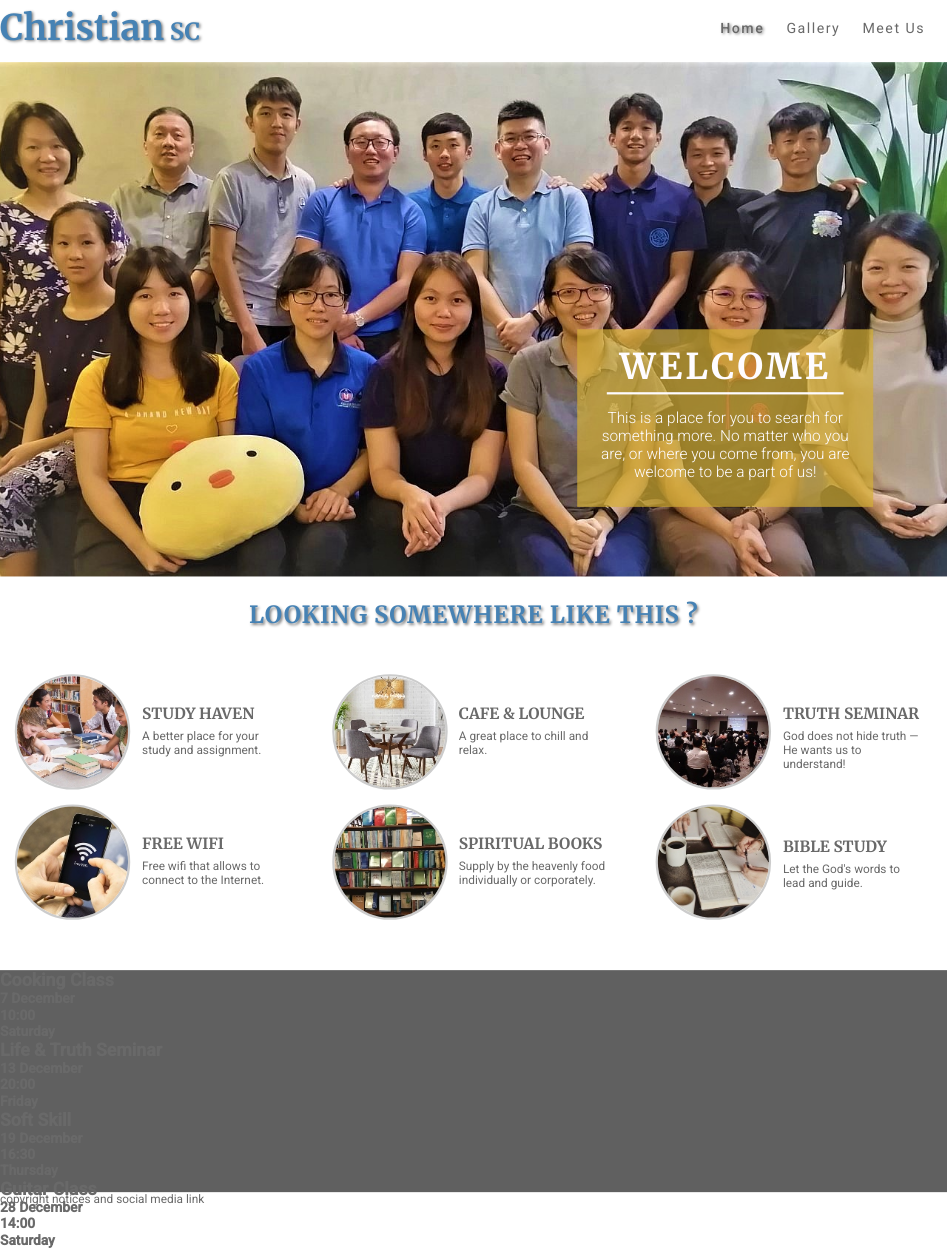
Repository: kongteckmee/christian-sc
Page: index.html
The author's editor kept a record of every edit. The page is drawn from the files as they stood at one moment, then again after the next edit.
The browser window is 1280 px wide. The pictures show the whole page, at 74% of full size.

Above is the page before.

### index.html
<!DOCTYPE html>
<html lang="en">
<head>
    <meta charset="UTF-8">
    <meta name="viewport" content="width=device-width, initial-scale=1.0">
    <meta http-equiv="X-UA-Compatible" content="ie=edge">
    <link rel="stylesheet" href="assets/css/style.css" type="text/css" />
    <title>Christian Student Center</title>
</head>
<body>
    <header>
        <a id="logo" href="index.html">
            <h2><span style="font-size: 150%">Christian</span> SC</h2>
        </a>
        <nav>
            <ul id="scmenu">
                <li>
                    <a href="#">Meet Us</a>
                </li>
                <li>
                    <a href="#">Gallery</a>
                </li>
                <li>
                    <a class="scactive" href="index.html">Home</a>
                </li>
            </ul>
        </nav>
    </header>
    <section id="scmeetingrange">
        <div id="scmeeting"></div>
        <div id="welcome-text">
            <h1>Welcome</h1>
            <hr>
            <h3>This is a place for you to search for something more. No matter who you are, or where you come from, you are welcome to be a part of us!</h2>
        </div>
    </section>
    <section id="about">
        <h1>Looking Somewhere Like This ?</h1>
        <div id="left">
            <div class="left-right-side">
                <h2>Study Haven</h2>
                <br>
                <p>A better place for your study and assignment.</p>
            </div>
            <div id="container">
                <div id="contain-study"></div>
            </div>
            <div class="left-right-side">
                <h2>Free Wifi</h2>
                <br>
                <p>Free wifi that allows to connect to the Internet.</p>
            </div>
            <div id="container">
                <div id="contain-wifi"></div>
            </div>
        </div>
        <div id="right">
            <div class="left-right-side">
                <h2>Truth Seminar</h2>
                <br>
                <p>God does not hide truth — He wants us to understand!</p>
            </div>
            <div id="container">
                <div id="contain-seminar"></div>
            </div>
            <div class="left-right-side">
                <h2>Bible Study</h2>
                <br>
                <p>Let the God's words to lead and guide.</p>
            </div>
            <div id="container">
                <div id="contain-bible"></div>
            </div>
        </div>
        <div id="center">
            <div class="middle">
                <h2>Cafe & Lounge</h2>
                <br>
                <p>A great place to chill and relax.</p>
            </div>
            <div id="container">
                <div id="contain-cafe"></div>
            </div>
            <div class="middle">
                <h2>Spiritual Books</h2>
                <br>
                <p>Supply by the heavenly food individually or corporately.</p>
            </div>
            <div id="container">
                <div id="contain-books"></div>
            </div>
        </div>
    </section>
    <section id="event">
        <div>
            <h2>Cooking Class</h2>
            <h3>7 December</h3>
            <h3>10:00</h3>
            <h3>Saturday</h3>
        </div>
        <div>
            <h2>Life & Truth Seminar</h2>
            <h3>13 December</h3>
            <h3>20:00</h3>
            <h3>Friday</h3>
        </div>
        <div>
            <h2>Soft Skill</h2>
            <h3>19 December</h3>
            <h3>16:30</h3>
            <h3>Thursday</h3>
        </div>
        <div>
            <h2>Guitar Class</h2>
            <h3>28 December</h3>
            <h3>14:00</h3>
            <h3>Saturday</h3>
        </div>
    </section>
    <footer>
        copyright notices and social media link
    </footer>
</body>
</html>

### assets/css/style.css
@import url('https://fonts.googleapis.com/css?family=Merriweather:500,600,700|Roboto:300,400,500');

* {
    margin: 0;
    padding: 0;
    border: 0;
}

body {
    font-family: 'Roboto', sans-serif;
    color: #696969; /*Grey color */
}

/* ------------------------------------------------------ Header */

#logo {
    float: left;
    text-decoration: none;
}

#logo h2 {
    font-family: 'Merriweather', serif;
    font-size: 200%;
    color: #4682b4; /* Steel Blue color */
    text-shadow: 2px 2px 4px #808080;
}

#scmenu {
    font-size: 120%;
    list-style-type: none;
    letter-spacing: 2px;
}

#logo, #scmenu {
    line-height: 75px;
}

#scmenu li {
    float: right;
    margin-right: 30px;
}

#scmenu a {
    text-decoration: none;
    color: inherit;
}

#scmenu a:hover {
    color: #4682b4; /* Steel Blue color */
    font-weight: 500;
    text-shadow: 2px 2px 4px #808080;
}

.scactive {
    font-weight: 500;
    text-shadow: 2px 2px 4px #808080;
}

/* ------------------------------------------------------ Section: Welcome */

#scmeeting {
    height: 700px;
    width: 100%;
    background: url("../img/meeting-t.jpg") no-repeat center center;
}

#scmeetingrange {
    height: 700px;
    width: 100%;
    overflow: hidden;
}

#welcome-text {
    width: 400px;
    height: 220px;
    color: #fefcff; /* Milky white */
    background-color: rgba(212,175,55,.7);
    padding-top:20px;
    bottom: 35px; /* Fixed the welcome text box-bottom */
    right: 100px; /* Fixed the welcome text box-right */
    position: absolute;
}

#welcome-text h1 {
    margin-bottom: 5px;
    font-size: 300%;
    font-family: 'Merriweather', serif;
    text-transform: uppercase;
    text-align: center;
    letter-spacing: 4px;
}

hr {
    width: 80%;
    height: 3px;
    margin-left: auto;
    margin-right: auto;
    background-color:#fefcff; /* Milky white */
}

#welcome-text h3 {
    margin: 20px;
    font-size: 130%;
    font-weight: 300;
    text-align: center;
}

/* ------------------------------------------------------ Section: About */

#about {
    height: 500px;
}

#about h1 {
    margin-top: 30px;
    margin-bottom: 30px;
    font-family: 'Merriweather', serif;
    color: #4682b4; /* Steel Blue color */
    text-transform: uppercase;
    text-align: center;
    text-shadow: 2px 2px 4px #808080;
    font-size: 200%;
    letter-spacing: 1px;
}

#about h2 {
    font-family: 'Merriweather', serif;
    font-size: 130%;
    text-transform: uppercase;
}

#left {
    margin-right: 30px;
    padding-top: 30px;
    width: 30%;
    float: left;
}

#right {
    margin-right: 30px;
    padding-top: 30px;
    width: 30%;
    float: right;
}

#center {
    padding-top: 30px;
    width: 33%;
    margin: 0 auto; /* center the div */
}

br {
    display: block;
    content: "";
    margin: 2em;
    font-size: 24%; /* spacing */
}

.left-right-side {
    width: 50%;
    float: right;
    padding-top: 40px;
    clear: both;
    margin-left: 20px;
    margin-bottom: 50px;
}

.middle {
    width: 50%;
    float: right;
    padding-top: 40px;
    margin-right: 20px;
}

#container {
    width: 150px;
    height: 150px;
    border: 3px solid #cccccc;
    border-radius: 50%;
    margin-left: 20px;
    margin-bottom: 20px;
}

#contain-study {
    background: url("../img/study-group.jpg") no-repeat center center;
    height: 100%;
    border-radius: 50%;
}

#contain-wifi {
    background: url("../img/free-wifi.jpg") no-repeat center center;
    height: 100%;
    border-radius: 50%;
}

#contain-seminar {
    background: url("../img/truth-seminar.jpg") no-repeat center center;
    height: 100%;
    border-radius: 50%;
}

#contain-bible {
    background: url("../img/bible-study.jpg") no-repeat center center;
    height: 100%;
    border-radius: 50%;
}

#contain-cafe {
    background: url("../img/cafe.jpg") no-repeat center center;
    height: 100%;
    border-radius: 50%;
}

#contain-books {
    background: url("../img/spiritual-book.jpg") no-repeat center center;
    height: 100%;
    border-radius: 50%;
}

/* ------------------------------------------------------ Section: Event */

#event {
    height: 300px;
    background-color: #606060;
}

/* ------------------------------------------------------ Footer */

After the next edit:
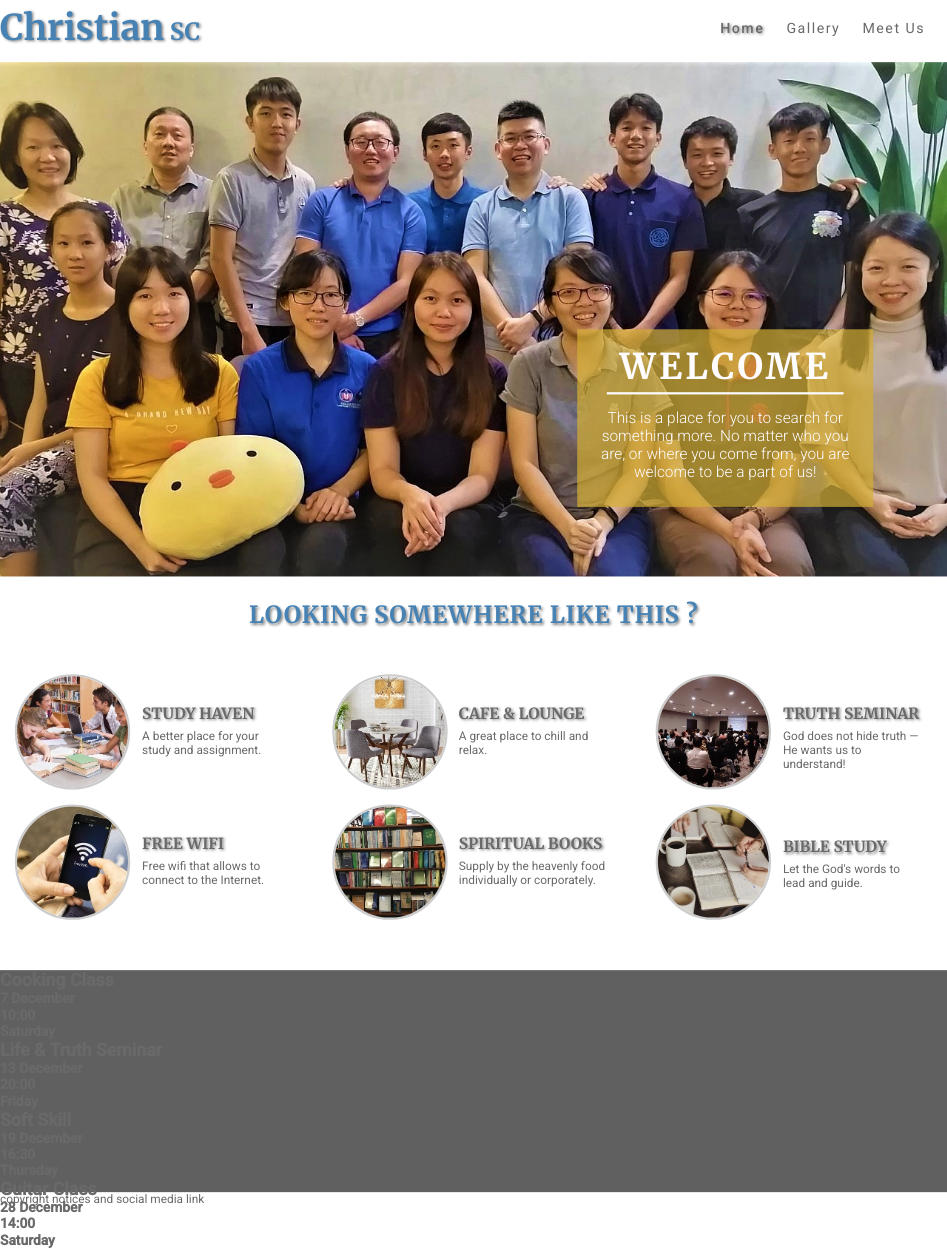
The edit:
--- a/assets/css/style.css
+++ b/assets/css/style.css
@@ -127,6 +127,7 @@
     font-family: 'Merriweather', serif;
     font-size: 130%;
     text-transform: uppercase;
+    text-shadow: 2px 2px 4px #808080;
 }
 
 #left {
